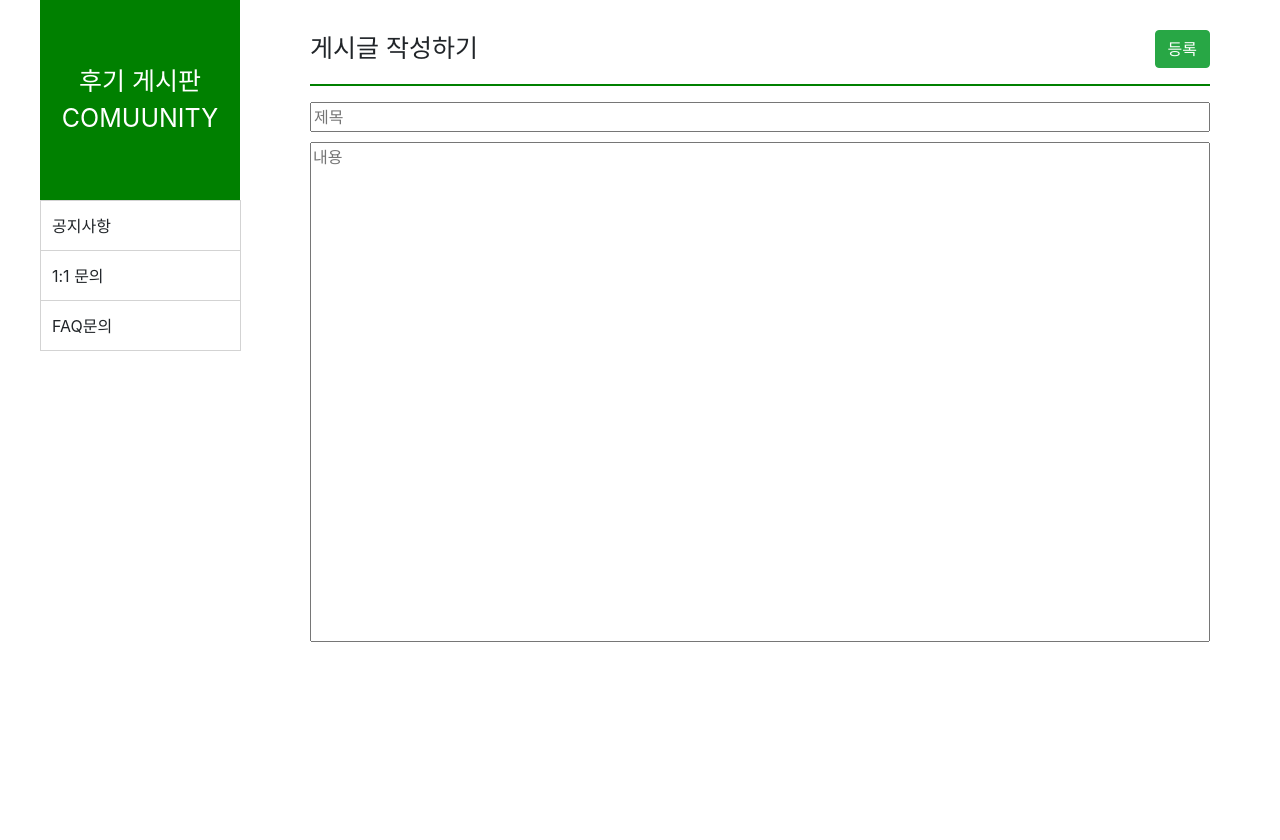
Repository: maru4737/semi
Page: http://localhost/Semi_Project/enroll.fd
These files come from the project's save history. The page is drawn as it stood at one moment and after the next save; the edit follows.
The browser window is 1280 px wide. The pictures show the whole page.
The page is served by Tomcat 9. Other server files are loaded and not shown.

Above is the page before, as saved 2021-12-06 09:54:43.

### Semi_Project/WebContent/views/board/boardEnrollView.jsp
<%@ page language="java" contentType="text/html; charset=UTF-8"
	pageEncoding="UTF-8"%>
	<%String alertMsg = (String)session.getAttribute("alertMsg"); %>
<!DOCTYPE html>
<html>
<head>
<meta charset="UTF-8">
<meta http-equiv="X-UA-Compatible" content="IE=edge">
<meta name="viewport" content="width=device-width, initial-scale=1.0">
<title>자유게시판</title>
<!-- Latest compiled and minified CSS -->
<link rel="stylesheet"
	href="https://maxcdn.bootstrapcdn.com/bootstrap/4.5.2/css/bootstrap.min.css">

<!-- jQuery library -->
<script
	src="https://ajax.googleapis.com/ajax/libs/jquery/3.5.1/jquery.min.js"></script>

<!-- Popper JS -->
<script
	src="https://cdnjs.cloudflare.com/ajax/libs/popper.js/1.16.0/umd/popper.min.js"></script>

<!-- Latest compiled JavaScript -->
<script
	src="https://maxcdn.bootstrapcdn.com/bootstrap/4.5.2/js/bootstrap.min.js"></script>

<style>
.wrap {
	width: 1200px;
	margin: 0px auto;
}

#header {
	width: 100%;
	height: 200px;
}

#board-side {
	float: left;
	width: 20%;
}

#board-title {
	width: 200px;
	height: 200px;
	background: green;
	font-size: 25px;
	font-display: none;
	text-decoration: none;
	text-align: center;
	color: white;
	text-align: center;
	display: table-cell;
	vertical-align: middle;
}

#board-center {
	float: left;
	padding: 30px;
	width: 80%;
}

.hr1 {
	border: 0;
	height: 2px;
	background: green;
}

.table-side td {
	border: 1px solid lightgrey;
	width: 200px;
	height: 50px;
	text-indent: 10px;
	text-align: left;
}

.table-side tr:hover {
	color: green;
}

#board-center-header>span {
	font-size: 25px;
}

#title {
	width: 100%;
	resize: none;
	margin-bottom: 10px;
}

#content {
	width: 100%;
	height: 500px;
	resize: none;
}

.input-file {
	margin: 10px 0px;
}
</style>
</head>

<body>
	<div class="wrap">

		<form action="/javajo/insert.fb" id="enroll-form" method="post"
			enctype="multipart/form-data">

			<input type="hidden" name="userNo" value="1">

			<div id="board-body">
				<div id="board-side">
					<div id="board-title" onclick="location.href=''"
						style="cursor: pointer;">
						<span>후기 게시판</span><br>COMUUNITY
					</div>
					<table class="table-side">
						<tr>
							<td>공지사항</td>
						</tr>
						<tr>
							<td>1:1 문의</td>
						</tr>
						<tr>
							<td>FAQ문의</td>
						</tr>
					</table>
				</div>
				<div id="board-center">
					<div id="board-center-header">
						<span>게시글 작성하기</span>
						<button type="submit" class="btn btn-success"
							style="float: right;" name="submit">등록</button>
					</div>
					<hr class="hr1">
					<div id="in_title">
						<input type="text" name="title" id="title" placeholder="제목"
							required>
					</div>

					<div id="in_content">
						<textarea name="content" id="content" placeholder="내용" required></textarea>
					</div>

					<!-- 미리보기 영역-->
					<table>

						<tr>
							<td><img id="titleImg" width="25%" height="160" ></td>
							<td><img id="contentImg1" width="25%" height="160"></td>
							<td><img id="contentImg2" width="25%" height="160"></td>
							<td><img id="contentImg3" width="25%" height="160"></td>
						</tr>
					</table>


					<div id="file-area">
						<input type="file" id="file1" name="file1" onchange="loadImg(this,1)" required>
						<input type="file" id="file2" name="file2" onchange="loadImg(this,2)">
						<input type="file" id="file3" name="file3" onchange="loadImg(this,3)">
						<input type="file" id="file4" name="file4" onchange="loadImg(this,4)">
					</div>

					<script>
						$(function() {

							$("#file-area").hide();

							$("#titleImg").click(function() {
								$("#file1").click();
							});

							$("#contentImg1").click(function() {
								$("#file2").click();
							})
							$("#contentImg2").click(function() {
								$("#file3").click();
							})
							$("#contentImg3").click(function() {
								$("#file4").click();
							})
						});

						function loadImg(inputFile, num) {

							// inputFile : 현재 변화가 생긴 <input type="file"> 요소 객체
							// num : 몇번째 input 요소인지 확인 후 그 해당 영역에 미리보기 하기 위한 변수

							console.log(inputFile.files.length);
							// inputFile.files.length : 파일 선택 시 1, 파일 선택 취소 시 0이 찍힘
							// => 파일의 존재 유무를 알 수 있다.

							// files 속성 " 업로드된 파일의 정보들을 배열 형식으로 여러개 묶어서 반환"

							if (inputFile.files.length == 1) { // 파일이 있는 경우

								// 선택된 파일을 읽어들여서 그 영역에 맞는 곳에 미리보기

								// 파일을 읽어들일 FileReader 객체 생성
								var reader = new FileReader();

								// FileReader 객체로부터 파일을 읽어들이는 메소드를 호출
								// 어느 파일을 읽어들일건지 매개변수로 제시해야함 !!
								// 0번 인덱스에 담긴 파일 정보를 제시
								reader.readAsDataURL(inputFile.files[0]);
								// => 해당 파일을 읽어들이는 순간
								//    해당 그 파일만의 고유한 url 이 부여됨
								// => 해당 url 을 src 속성으로 부여할것 !

								// 파일 읽기가 완료되었을 때 실행할 함수를 정의
								reader.onload = function(e) {
									// e의 target => e.target => 이벤트 당한 객체 (this)

									// e 의 target.result 에 각 파일의 url 이 담긴다.
									// e.target.result == this.result

									// 각 영역에 맞춰서 이미지 미리보기
									switch (num) {
									case 1:
										$("#titleImg").attr("src", e.target.result);
										break;
									case 2:
										$("#contentImg1").attr("src", e.target.result);
										break;
									case 3:
										$("#contentImg2").attr("src", e.target.result);
										break;
									case 4:
										$("#contentImg3").attr("src", e.target.result);
										break;
									}
								};

							} else { // 파일이 없는 경우
								// 미리보기 사라지게 하기
								// src=null 을 담아서 사라지게 할 것

								switch (num) {
								case 1:
									$("#titleImg").attr("src", null);
									break;
								case 2:
									$("#contentImg1").attr("src", null);
									break;
								case 3:
									$("#contentImg2").attr("src", null);
									break;
								case 4:
									$("#contentImg3").attr("src", null);
									break;
								}

							}

						}
					</script>

				</div>
			</div>
		</form>
	</div>
</body>

</html>

### Semi_Project/src/com/kh/f_board/controller/F_boardEnrollController.java
package com.kh.f_board.controller;

import java.io.IOException;
import javax.servlet.ServletException;
import javax.servlet.annotation.WebServlet;
import javax.servlet.http.HttpServlet;
import javax.servlet.http.HttpServletRequest;
import javax.servlet.http.HttpServletResponse;

/**
 * Servlet implementation class F_boardEnrollController
 */
@WebServlet("/enroll.fd")
public class F_boardEnrollController extends HttpServlet {
	private static final long serialVersionUID = 1L;

    /**
     * @see HttpServlet#HttpServlet()
     */
    public F_boardEnrollController() {
        super();
        // TODO Auto-generated constructor stub
    }

	/**
	 * @see HttpServlet#doGet(HttpServletRequest request, HttpServletResponse response)
	 */
	protected void doGet(HttpServletRequest request, HttpServletResponse response) throws ServletException, IOException {

		request.getRequestDispatcher("views/board/boardEnrollView.jsp").forward(request, response);

	}

	/**
	 * @see HttpServlet#doPost(HttpServletRequest request, HttpServletResponse response)
	 */
	protected void doPost(HttpServletRequest request, HttpServletResponse response) throws ServletException, IOException {
		// TODO Auto-generated method stub
		doGet(request, response);
	}

}

After the next save:
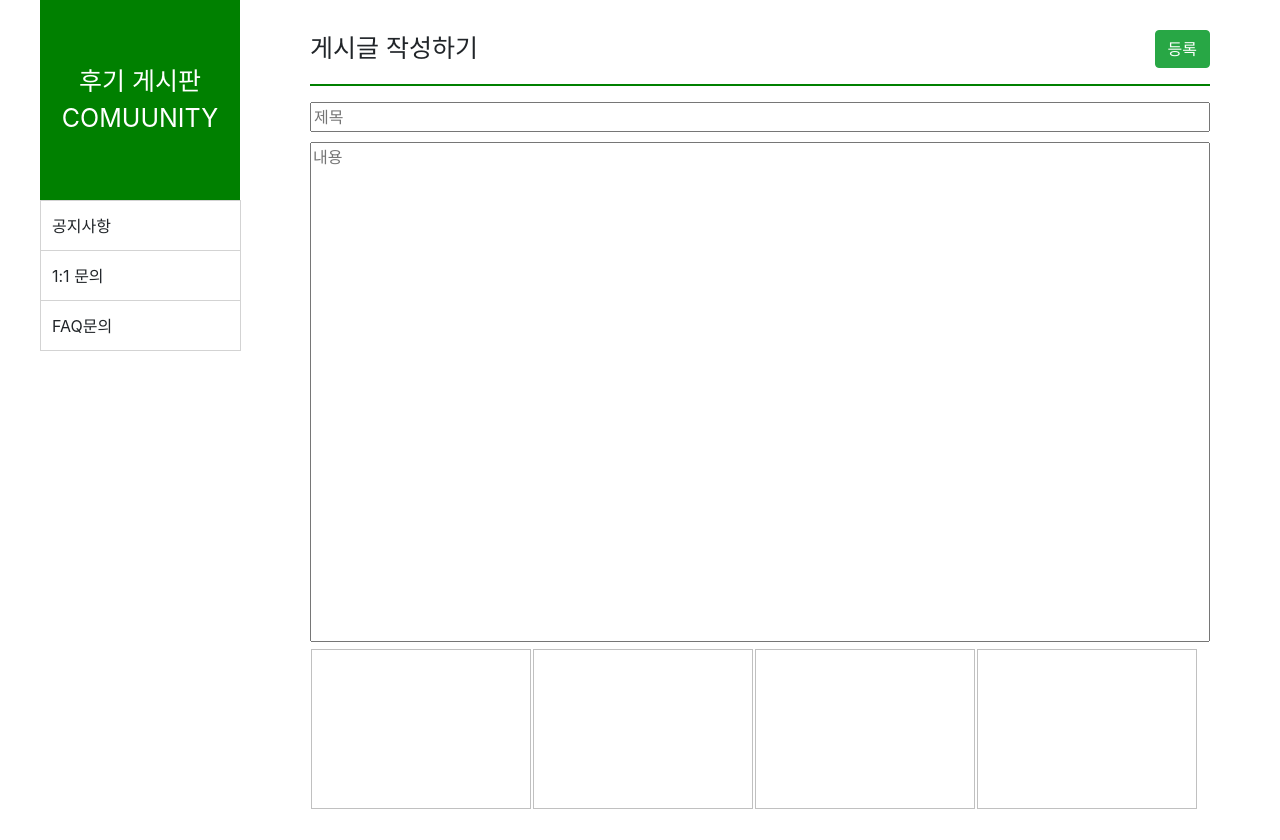
Saved 33 s later.
--- a/Semi_Project/WebContent/views/board/boardEnrollView.jsp
+++ b/Semi_Project/WebContent/views/board/boardEnrollView.jsp
@@ -146,10 +146,10 @@
 					<table>
 
 						<tr>
-							<td><img id="titleImg" width="25%" height="160" ></td>
-							<td><img id="contentImg1" width="25%" height="160"></td>
-							<td><img id="contentImg2" width="25%" height="160"></td>
-							<td><img id="contentImg3" width="25%" height="160"></td>
+							<td><img id="titleImg" width="220" height="160" ></td>
+							<td><img id="contentImg1" width="220" height="160"></td>
+							<td><img id="contentImg2" width="220" height="160"></td>
+							<td><img id="contentImg3" width="220" height="160"></td>
 						</tr>
 					</table>
 
